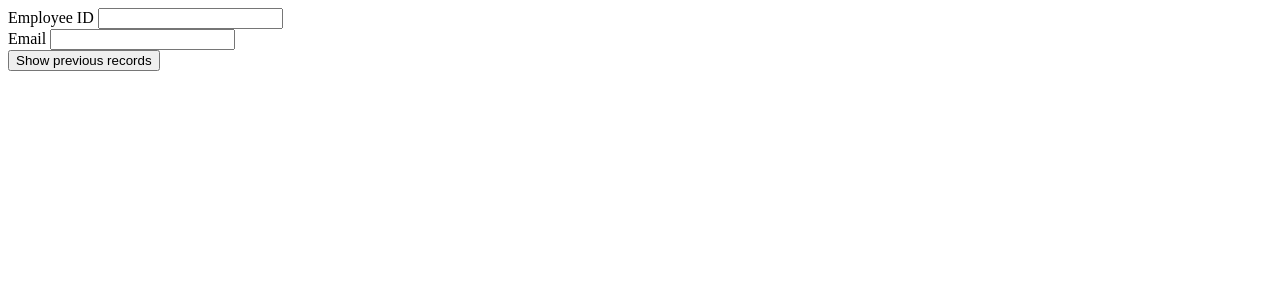
Repository: nishadi-s/Online-Staff-Management-System
Page: http://localhost/LeavingEmp/leavingHistory.jsp
The author's editor kept a copy of each file at every save. The page is drawn from the files as they stood at one save, then again after the next save.
The browser window is 1280 px wide. The pictures show the whole page.
The page is served by Tomcat 9.

Above is the page before, as saved 2023-10-25 12:53:01.

After the next save:
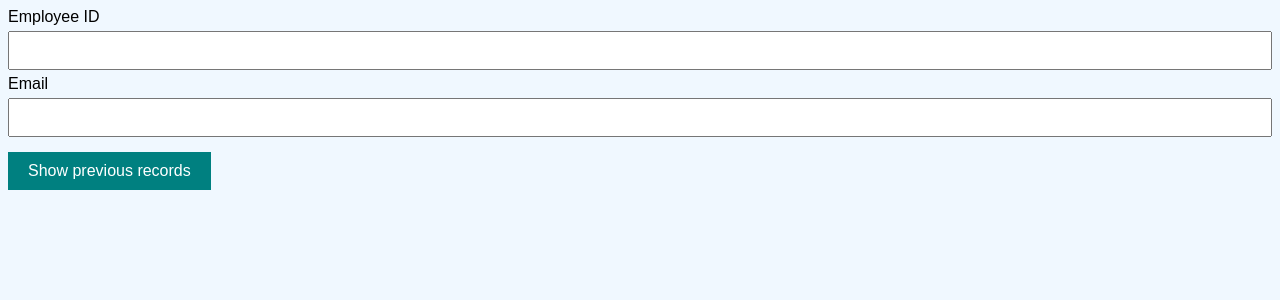
Saved 2 min 8 s later.
--- a/LeavingEmp/src/main/webapp/leavingHistory.jsp
+++ b/LeavingEmp/src/main/webapp/leavingHistory.jsp
@@ -5,7 +5,7 @@
 <head>
 <meta charset="ISO-8859-1">
 <title>Leaving History</title>
-
+<link rel="stylesheet" href="deleteEmp.css">
 </head>
 <body>
 
